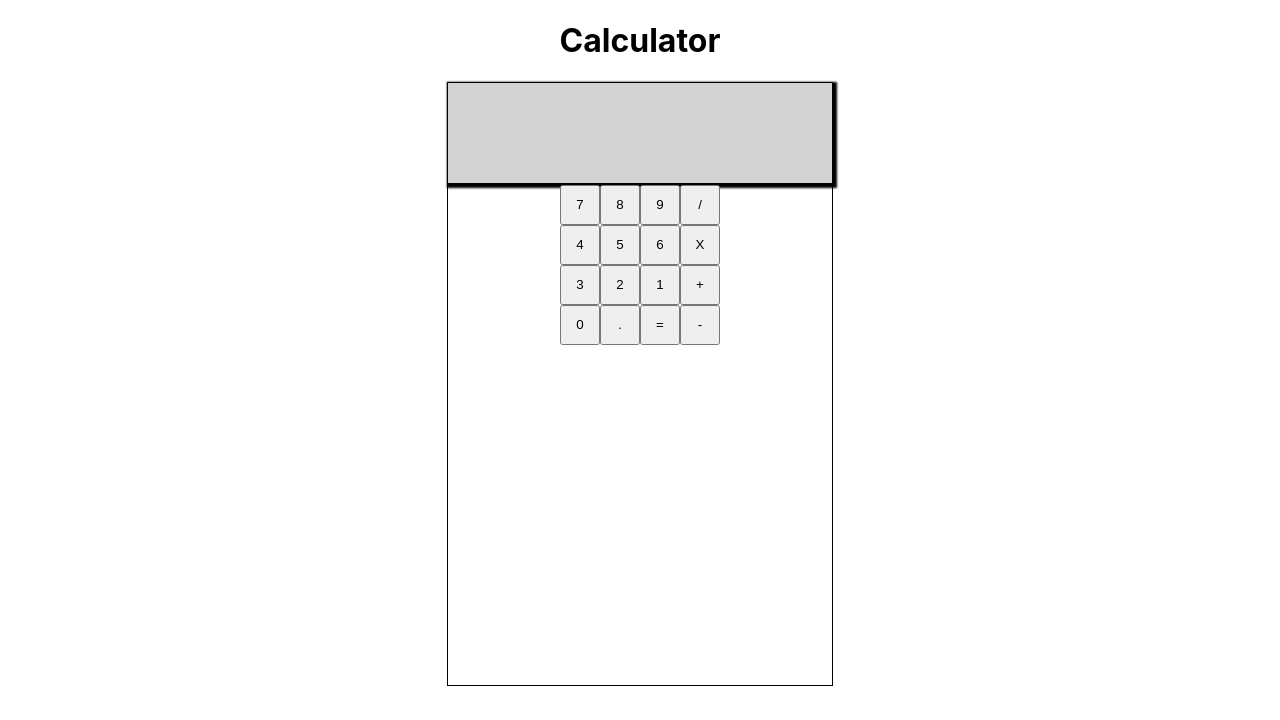
Repository: punitbathija/Placement-Assitance-iNeuron
Page: / (app in React/calculator/)
The author's editor kept a copy of each file at every save. The page is drawn from the files as they stood at one save, then again after a run of saves.
The browser window is 1280 px wide. The pictures show the whole page.
The project was rebuilt for these pictures with package versions that can differ from the ones it lists, and the page was loaded fresh each time.

Above is the page before, as saved 2023-06-05 16:06:34.

After the next 2 saves:
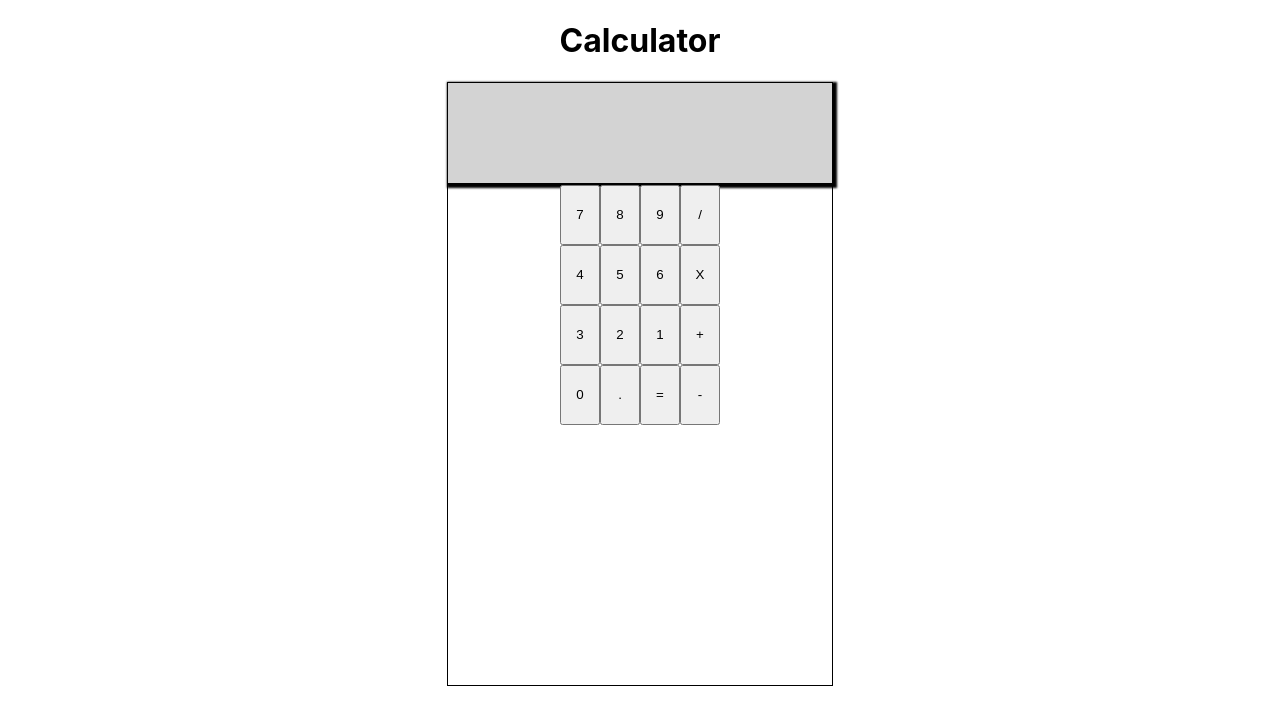
The 2 saves are shown as one change because they came seconds apart.
The last was saved 7 s later.
--- a/React/calculator/src/index.css
+++ b/React/calculator/src/index.css
@@ -30,6 +30,6 @@ code {
 }
 
 .btn{
-  height: 40px;
+  height: 60px;
   width: 40px;
 }
